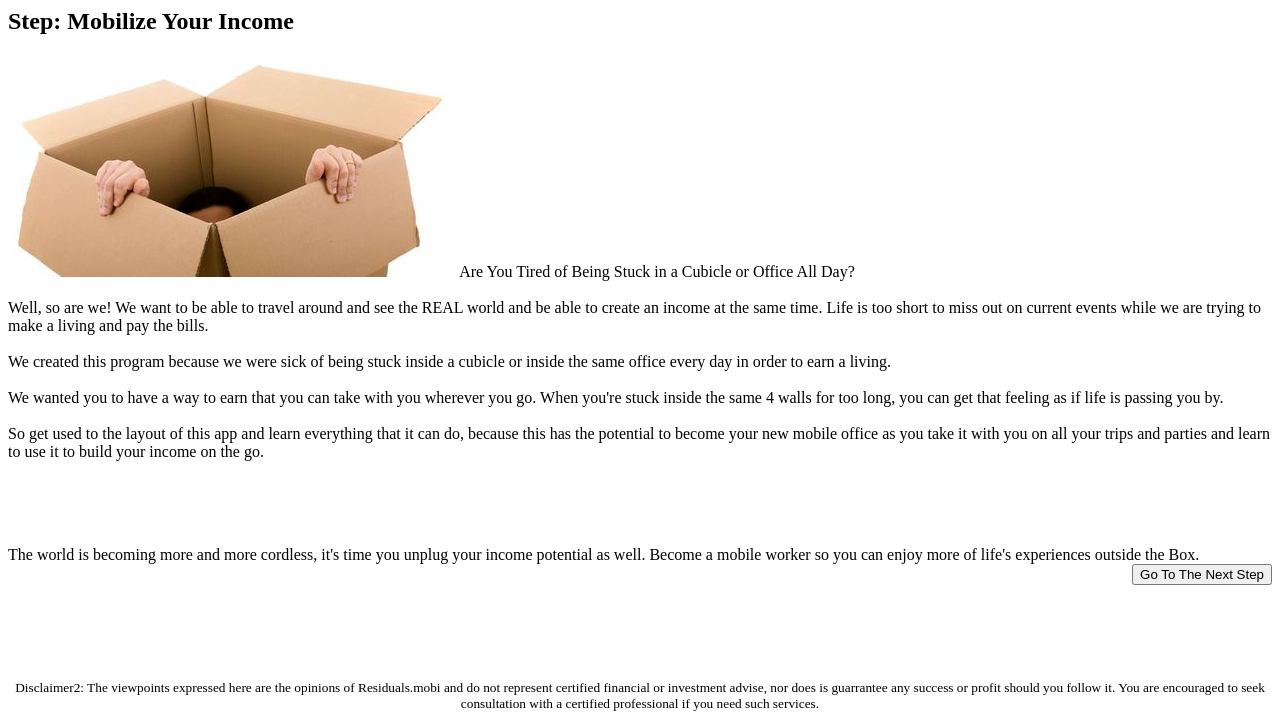
Repository: DevZubair/Danh-App
Page: www/templates/steps-mobilize.html
The author's editor kept a record of every edit. The page is drawn from the files as they stood at one moment, then again after the next edit.
The browser window is 1280 px wide. The pictures show the whole page.

Above is the page before.

After the next edit:
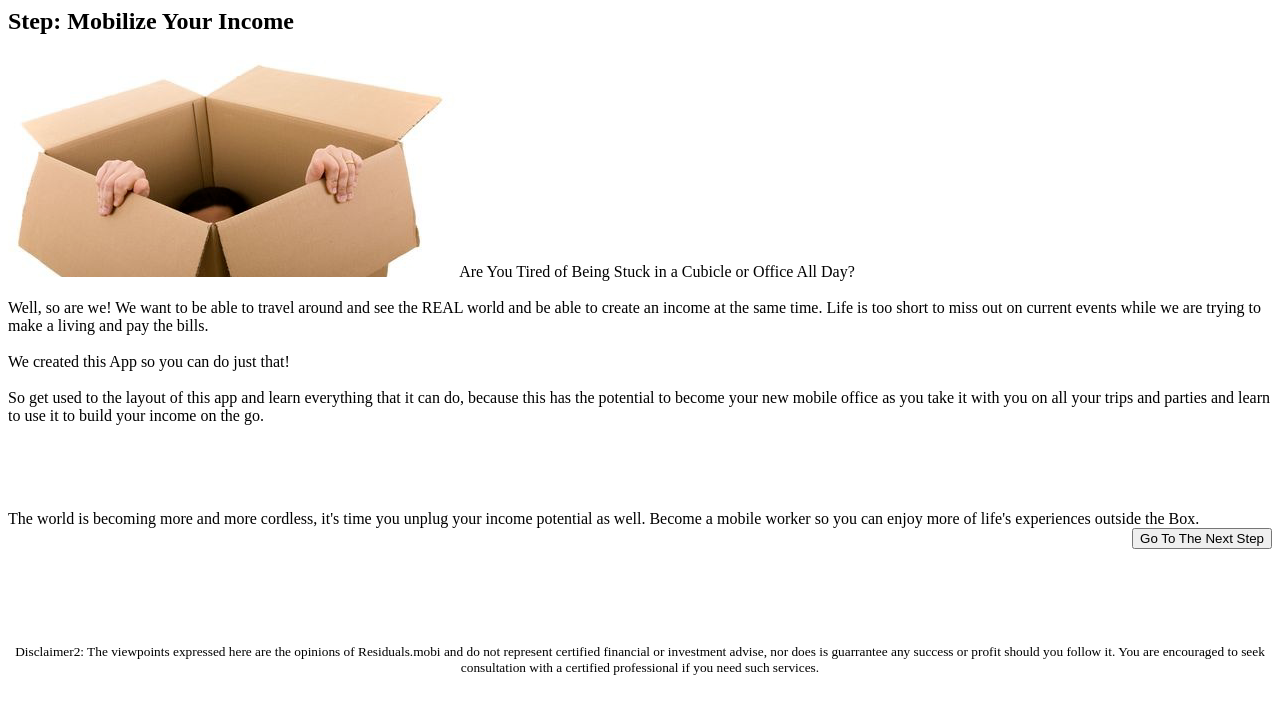
The edit:
--- a/www/templates/steps-mobilize.html
+++ b/www/templates/steps-mobilize.html
@@ -14,8 +14,7 @@
 
           Well, so are we!  We want to be able to travel around and see the REAL world and be able to create an income at the same time.  Life is too short to miss out on current events while we are trying to make a living and pay the bills.<br><br>
 
-          We created this program because we were sick of being stuck inside a cubicle or inside the same office every day in order to earn a living.<br><br>
-          We wanted you to have a way to earn that you can take with you wherever you go.  When you're stuck inside the same 4 walls for too long, you can get that feeling as if life is passing you by.<br><br>
+          We created this App so you can do just that!<br><br>
 
           So get used to the layout of this app and learn everything that it can do, because this has the potential to become your new mobile office as you take it with you on all your trips and parties and learn to use it to build your income on the go.<br><br>
 
